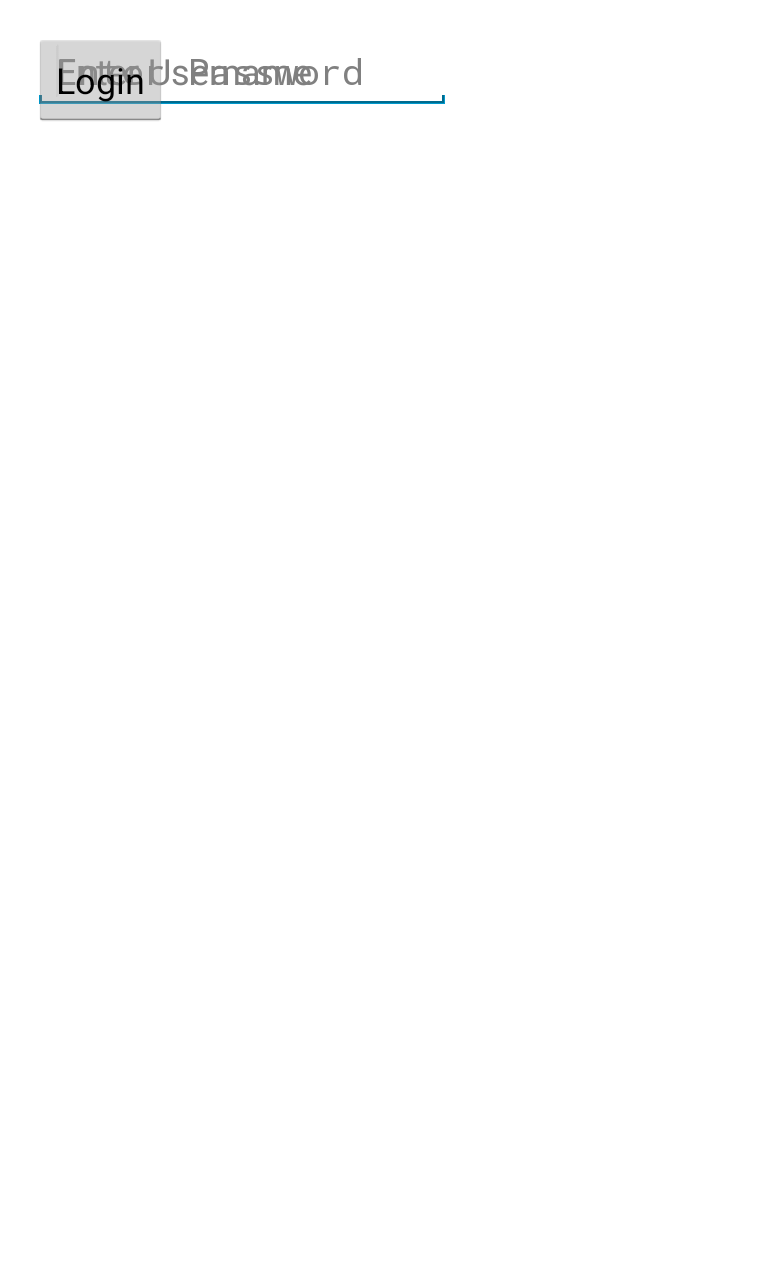
Repository: lethe13/AndroidProgramming
Layout: COMP304-Group1-MicroProject5/res/layout/activity_login.xml
An editor plug-in stored every save of this project. The layout is shown before and after the next save, followed by the edit.
It is drawn on a 768 x 1280 px phone screen (xhdpi) without system bars, with theme AppTheme; the app's code is not run.

Above is the layout before, as saved 2015-12-05 22:26:46.

After the next save:
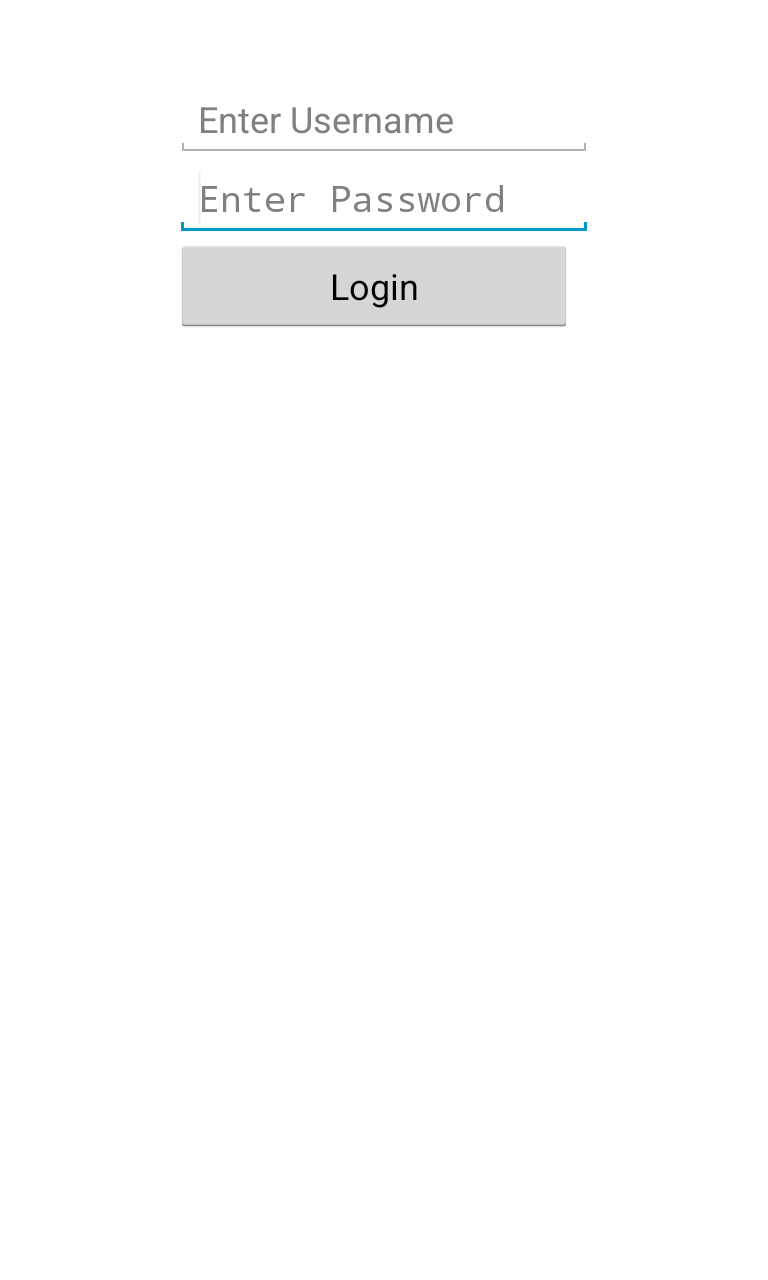
Saved 25 s later.
--- a/COMP304-Group1-MicroProject5/res/layout/activity_login.xml
+++ b/COMP304-Group1-MicroProject5/res/layout/activity_login.xml
@@ -12,25 +12,32 @@
         android:id="@+id/editText1"
         android:layout_width="wrap_content"
         android:layout_height="wrap_content"
+        android:layout_alignParentTop="true"
+        android:layout_centerHorizontal="true"
+        android:layout_marginTop="24dp"
         android:ems="10"
-        android:inputType="textPersonName"
-        android:hint="Enter Username" >
+        android:hint="Enter Username"
+        android:inputType="textPersonName" />
 
-        <requestFocus />
-    </EditText>
+    <Button
+        android:id="@+id/b_login"
+        android:layout_width="200dp"
+        android:layout_height="wrap_content"
+        android:layout_alignLeft="@+id/editText1"
+        android:layout_below="@+id/user_pass"
+        android:text="Login" />
 
     <EditText
         android:id="@+id/user_pass"
         android:layout_width="wrap_content"
         android:layout_height="wrap_content"
+        android:layout_alignLeft="@+id/b_login"
+        android:layout_below="@+id/editText1"
         android:ems="10"
-        android:inputType="textPassword"
-        android:hint="Enter Password" />
+        android:hint="Enter Password"
+        android:inputType="textPassword" >
 
-    <Button
-        android:id="@+id/b_login"
-        android:layout_width="wrap_content"
-        android:layout_height="wrap_content"
-        android:text="Login" />
+        <requestFocus />
+    </EditText>
 
 </RelativeLayout>
